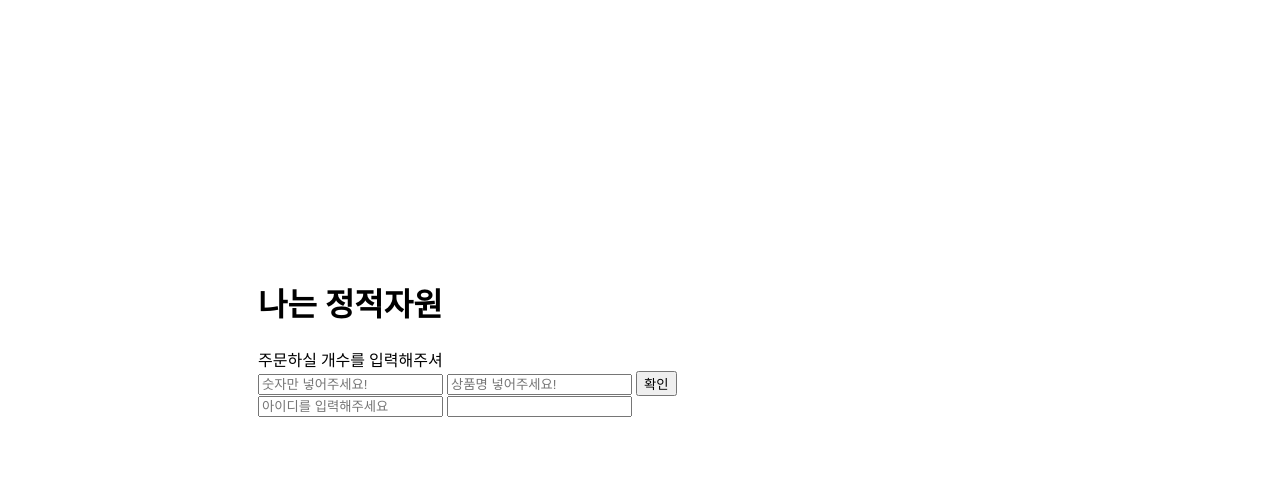
Repository: parkjin-sol/web-workplace
Page: BurgerKingProject/src/main/webapp/static/Requset_Page.html
An editor plug-in stored every save of this project. The page is shown before and after the next save, followed by the edit.
The browser window is 1280 px wide. The pictures show the whole page.

Above is the page before, as saved 2025-03-10 03:11:19.

After the next save:
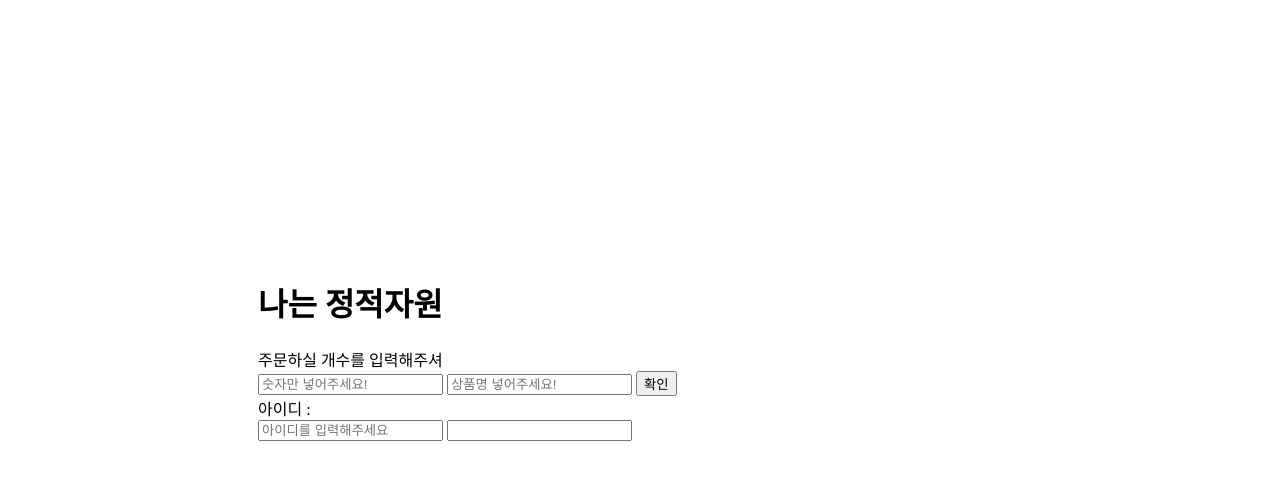
Saved 8 s later.
--- a/BurgerKingProject/src/main/webapp/static/Requset_Page.html
+++ b/BurgerKingProject/src/main/webapp/static/Requset_Page.html
@@ -46,7 +46,7 @@
 	</script>
 
 	<form action="" method="POST">
-
+		아이디 : <br>
 		<input type="text" placeholder="아이디를 입력해주세요">
 		<input type="password" placeholde="비밀번호를 입력해주세요">
 	</form>
